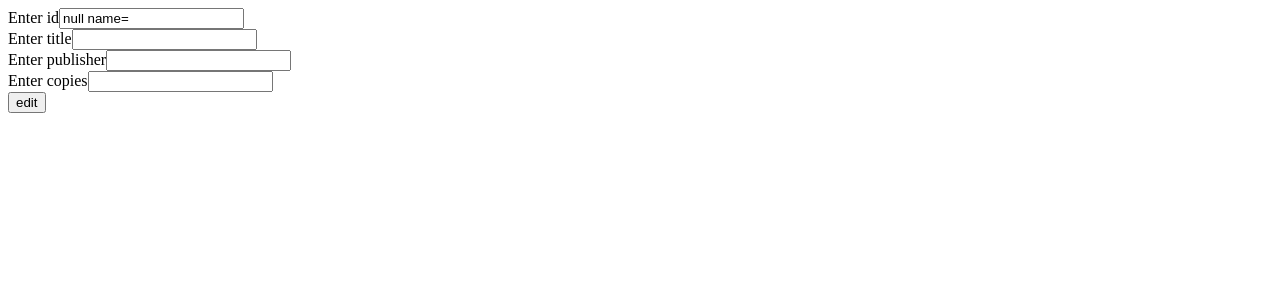
Repository: prashantvadlamani/Library-Management-System
Page: http://localhost/myweb/edit.jsp
The author's editor kept a copy of each file at every save. The page is drawn from the files as they stood at one save, then again after the next save.
The browser window is 1280 px wide. The pictures show the whole page.
The page is served by Tomcat 9. Other server files are loaded and not shown.

Above is the page before, as saved 2018-08-16 11:12:56.

### myweb/WebContent/edit.jsp
<%@ page language="java" contentType="text/html; charset=ISO-8859-1"
    pageEncoding="ISO-8859-1"%>
<!DOCTYPE html PUBLIC "-//W3C//DTD HTML 4.01 Transitional//EN" "http://www.w3.org/TR/html4/loose.dtd">
<html>
<head>
<meta http-equiv="Content-Type" content="text/html; charset=ISO-8859-1">
<title>Insert title here</title>
</head>
<body>
	<form  method="POST" action="Edit">
		Enter id<input type="text" readonly value="<%=request.getParameter("id")%> name="bid"><br>
		Enter title<input type="text" name="title"><br>
		Enter publisher<input type="text" name="publisher"><br>
		Enter copies<input type="text" name="copies"><br>
		<input type="submit" value="edit" >
	</form>
</body>
</html>

After the next save:
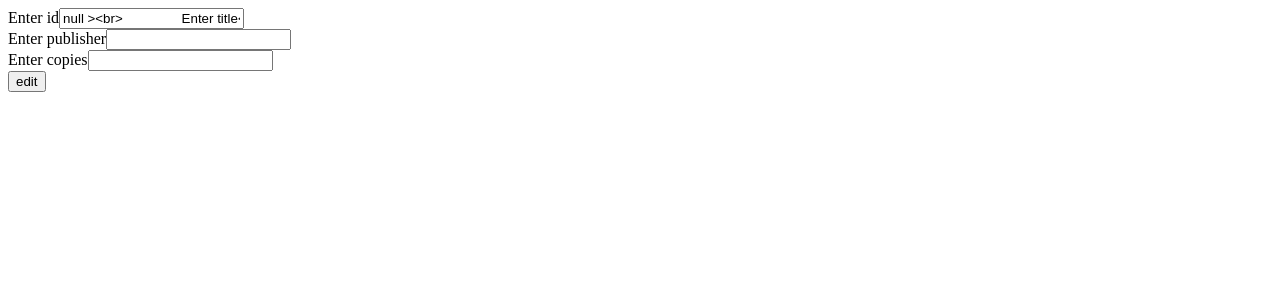
Saved 23 s later.
--- a/myweb/WebContent/edit.jsp
+++ b/myweb/WebContent/edit.jsp
@@ -8,7 +8,7 @@
 </head>
 <body>
 	<form  method="POST" action="Edit">
-		Enter id<input type="text" readonly value="<%=request.getParameter("id")%> name="bid"><br>
+		Enter id<input type="text" name="bid" readonly value="<%=request.getParameter("id")%> ><br>
 		Enter title<input type="text" name="title"><br>
 		Enter publisher<input type="text" name="publisher"><br>
 		Enter copies<input type="text" name="copies"><br>

After the save that followed:
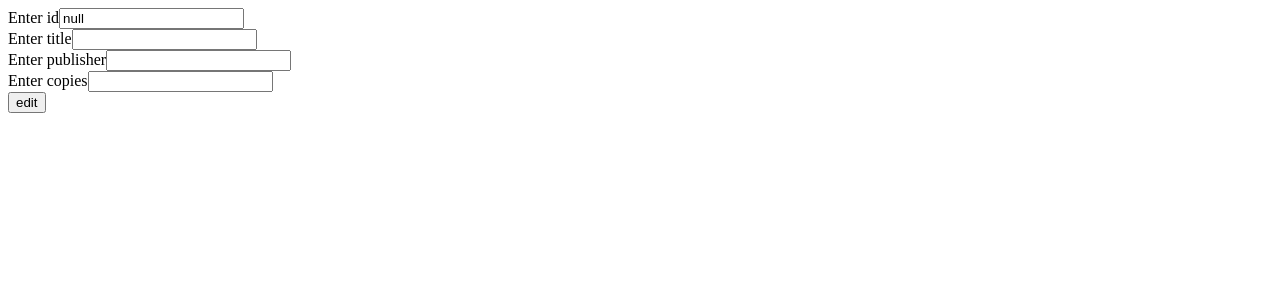
Saved 9 s later.
--- a/myweb/WebContent/edit.jsp
+++ b/myweb/WebContent/edit.jsp
@@ -8,7 +8,7 @@
 </head>
 <body>
 	<form  method="POST" action="Edit">
-		Enter id<input type="text" name="bid" readonly value="<%=request.getParameter("id")%> ><br>
+		Enter id<input type="text" name="bid" readonly value="<%=request.getParameter("id")%>" ><br>
 		Enter title<input type="text" name="title"><br>
 		Enter publisher<input type="text" name="publisher"><br>
 		Enter copies<input type="text" name="copies"><br>
